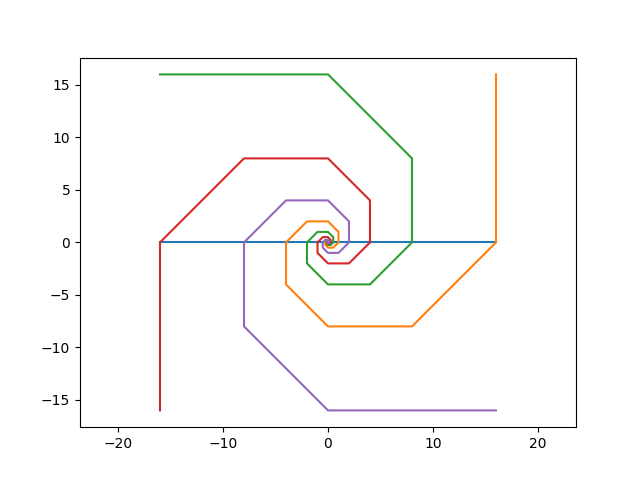
Repository: lbylzkx/Circle-Point-Manuscript
Script's output: python 卍.py
An editor plug-in stored every save of this project. The script's output is shown before and after the next save, followed by the edit.
Random numbers start from a fixed seed.

Above is the script's output before, as saved 2023-09-20 11:22:23.

### 卍.py
import numpy as np
import matplotlib.pyplot as plt


def x_position(n, thelta=0):
    return np.sqrt(2)**n*np.cos(n*np.pi/4+thelta)


def y_position(n, thelta=0):
    return np.sqrt(2)**n*np.sin(n*np.pi/4+thelta)


axis_x_1 = [x_position(8), x_position(8, thelta=np.pi)]
axis_y_1 = [y_position(8), y_position(8, thelta=np.pi)]
plt.plot(axis_x_1, axis_y_1)

axis_x_2 = [x_position(8), x_position(8, thelta=np.pi)]
axis_y_2 = [y_position(8), y_position(8, thelta=np.pi)]


plt.plot()
x1 = [x_position(i, thelta=0) for i in range(-10, 10)]
y1 = [y_position(i, thelta=0) for i in range(-10, 10)]
plt.plot(x1, y1)

x2 = [x_position(i, thelta=np.pi/2) for i in range(-10, 10)]
y2 = [y_position(i, thelta=np.pi/2) for i in range(-10, 10)]
plt.plot(x2, y2)

x3 = [x_position(i, thelta=np.pi) for i in range(-10, 10)]
y3 = [y_position(i, thelta=np.pi) for i in range(-10, 10)]
plt.plot(x3, y3)

x4 = [x_position(i, thelta=3*np.pi/2) for i in range(-10, 10)]
y4 = [y_position(i, thelta=3*np.pi/2) for i in range(-10, 10)]
plt.plot(x4, y4)

plt.axis('equal')
plt.show()

After the next save:
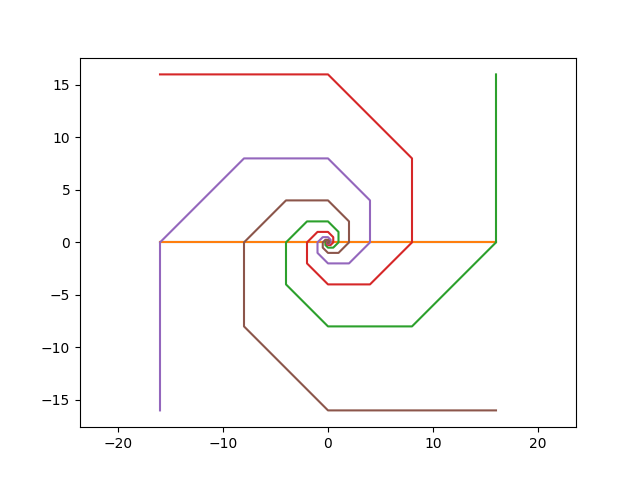
Saved 16 s later.
--- a/卍.py
+++ b/卍.py
@@ -16,6 +16,7 @@ plt.plot(axis_x_1, axis_y_1)
 
 axis_x_2 = [x_position(8), x_position(8, thelta=np.pi)]
 axis_y_2 = [y_position(8), y_position(8, thelta=np.pi)]
+plt.plot(axis_x_2, axis_y_2)
 
 
 plt.plot()
